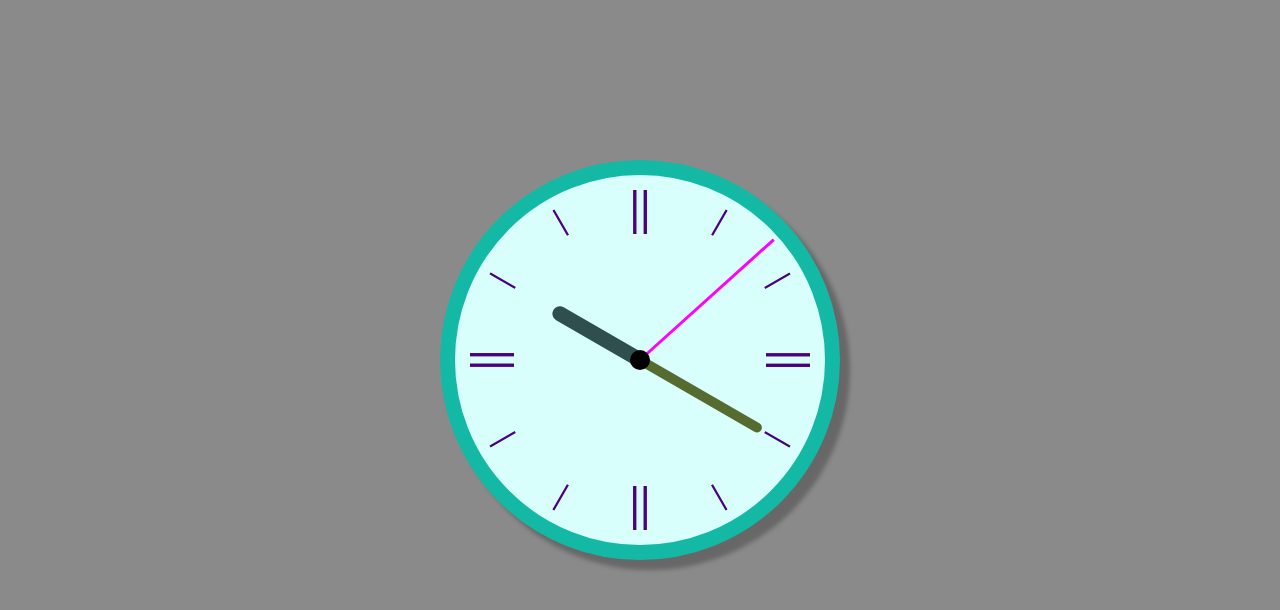
Repository: ChenWarren/web-clock
Page: index.html
These files come from the project's save history. The page is drawn as it stood at one moment and after a run of saves; the edit follows.
The browser window is 1280 px wide. The pictures show the whole page.

Above is the page before, as saved 2021-03-19 10:08:11.

### index.html
<!DOCTYPE html>
<html lang="en">
<head>
    <meta charset="UTF-8">
    <meta http-equiv="X-UA-Compatible" content="IE=edge">
    <meta name="viewport" content="width=device-width, initial-scale=1.0">
    <link rel="stylesheet" href="main.css">
    <title>Clock</title>
</head>
<body>
    <main class="clock">
        <!-- hour, minute, second handle and center cot -->
        <div class="hour"></div>
        <div class="minute"></div>
        <div class="second"></div>
        <div class="center_dot"></div>

        <!-- time marks on clock -->
        <div class="number dot_1">
            <h4>|</h4>
        </div>
        <div class="number dot_2">
            <h4>|</h4>
        </div>
        <div class="number dot_3">
            <h2>||</h2>
        </div>
        <div class="number dot_4">
            <h4>|</h4>
        </div>
        <div class="number dot_5">
            <h4>|</h4>
        </div>
        <div class="number dot_6">
            <h2>||</h2>
        </div>
        <div class="number dot_7">
            <h4>|</h4>
        </div>
        <div class="number dot_8">
            <h4>|</h4>
        </div>
        <div class="number dot_9">
            <h2>||</h2>
        </div>
        <div class="number dot_10">
            <h4>|</h4>
        </div>
        <div class="number dot_11">
            <h4>|</h4>
        </div>
        <div class="number dot_12">
            <h2>||</h2>
        </div>
    </main>

    <script src="clock.js"></script>

</body>
</html>

### main.css
* {
    margin: 0;
    padding: 0;
    box-sizing: border-box;
}

body {
    background-color: rgb(138, 138, 138);
    display: flex;
    justify-content: center;
    align-items: center;
    width: 100vw;
    height: 100vh;
    overflow: hidden;
}

.clock {
    width: 400px;
    height: 400px;
    border-radius: 50%;
    background: #d8fffb;
    border: 15px solid #14B9A5;
    box-sizing: border-box;
    box-shadow: 10px 10px 4px rgba(0, 0, 0, 0.25);
    position: relative;
}

.hour {
    --rotation: 0deg;
    width: 15px;
    height: 100px;
    background-color:  darkslategray;
    position: absolute;
    left: 50%;
    bottom: 50%;
    transform: translateX(-50%) rotate(var(--rotation));
    transform-origin: center bottom;
    border-top-left-radius: 10px;
    border-top-right-radius: 10px;
}

.minute {
    --rotation: 0deg;
    width: 10px;
    height: 140px;
    background-color:darkolivegreen;
    position: absolute;
    left: 50%;
    bottom: 50%;
    transform: translateX(-50%) rotate(var(--rotation));
    transform-origin: center bottom;
    border-top-left-radius: 5px;
    border-top-right-radius: 5px;
}

.second {
    --rotation: 0deg;
    width: 3px;
    height: 180px;
    background-color: fuchsia;
    position: absolute;
    left: 50%;
    bottom: 50%;
    transform: translateX(-50%) rotate(var(--rotation));
    transform-origin: center bottom;
}

.center_dot {
    background-color: #000;
    width: 20px;
    height: 20px;
    border-radius: 50%;
    position: absolute;
    left: 50%;
    bottom: 50%;
    transform: translate(-50%, 50%);
}

.number {
    display: flex;
    height: 370px;
    width: 370px;
    padding-top: 5px;
    justify-content: center;
    color: indigo;
    position: absolute;
    font-size: 2rem;
}

.dot_1 {
    transform: rotate(30deg);
}

.dot_2 {
    transform: rotate(60deg);
}

.dot_3 {
    transform: rotate(90deg);
}

.dot_4 {
    transform: rotate(120deg);
}

.dot_5 {
    transform: rotate(150deg);
}

.dot_6 {
    transform: rotate(180deg);
}

.dot_7 {
    transform: rotate(210deg);
}

.dot_8 {
    transform: rotate(240deg);
}

.dot_9 {
    transform: rotate(270deg);
}

.dot_10 {
    transform: rotate(300deg);
}

.dot_11 {
    transform: rotate(330deg);
}

### clock.js
setInterval(setClock, 1000)

function setClock()
{
    let date = new Date()
    let hourRetio = date.getHours()/12
    let minuteRetio = date.getMinutes()/60
    let secondRetio = date.getSeconds()/60

    let hour = document.getElementsByClassName('hour')[0]
    let minute = document.getElementsByClassName('minute')[0]
    let second = document.getElementsByClassName('second')[0]

    let hourDeg = hourRetio * 360 + 'deg'
    let minuteDeg = minuteRetio * 360 + 'deg'
    let secondDeg = secondRetio * 360 + 'deg'

    hour.style.setProperty('--rotation', hourDeg)
    minute.style.setProperty('--rotation', minuteDeg)
    second.style.setProperty('--rotation', secondDeg)


    console.log(secondDeg)
}

setClock()

After the next 2 saves:
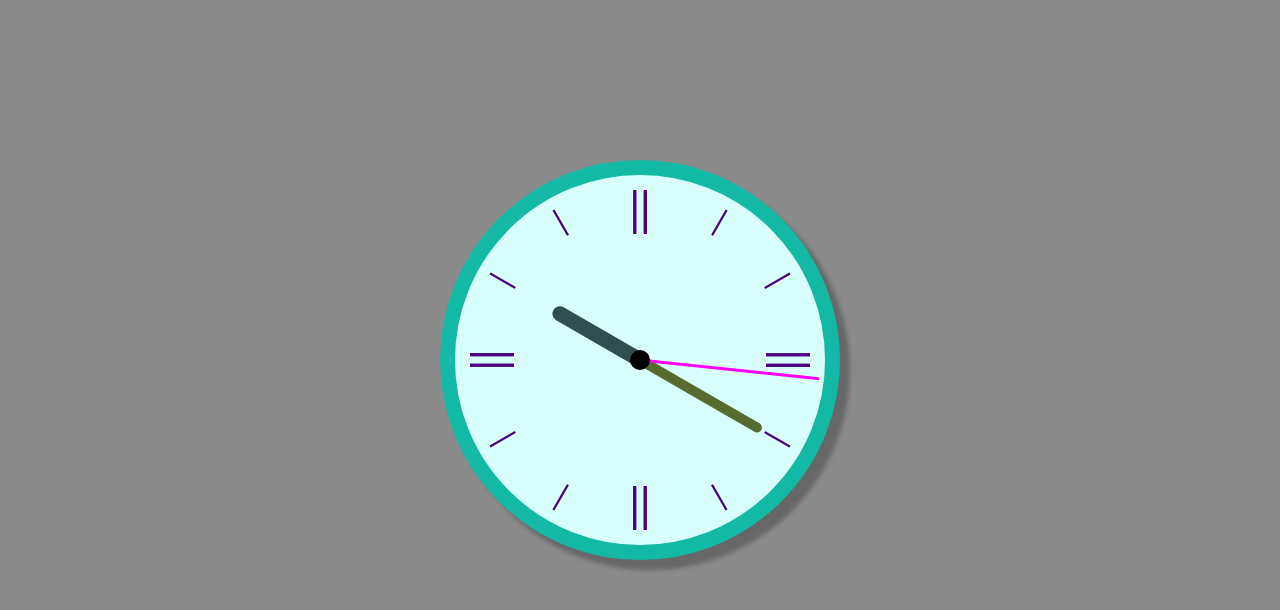
The 2 saves are shown as one change because they came seconds apart.
The last was saved 93 s later.
--- a/clock.js
+++ b/clock.js
@@ -13,7 +13,7 @@ function setClock()
 
     let hourDeg = hourRetio * 360 + 'deg'
     let minuteDeg = minuteRetio * 360 + 'deg'
-    let secondDeg = secondRetio * 360 + 'deg'
+    let secondDeg = secondRetio * 720 + 'deg'
 
     hour.style.setProperty('--rotation', hourDeg)
     minute.style.setProperty('--rotation', minuteDeg)
